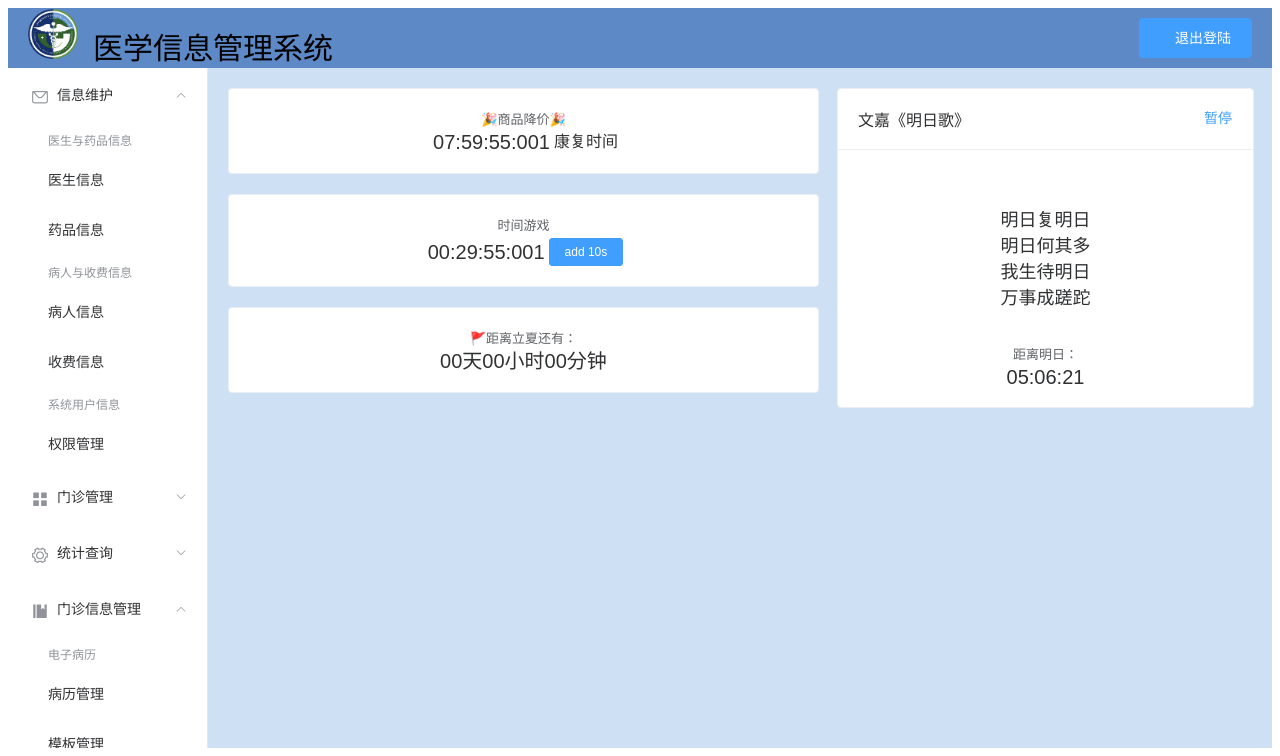
Repository: Cupies/Hospital-information-management-system
Page: /#/home (app in vue/)
These files come from the project's save history. The page is drawn as it stood at one moment and after the next save; the edit follows.
The browser window is 1280 px wide. The pictures show the whole page.
The project was rebuilt for these pictures with package versions that can differ from the ones it lists, and the page was loaded fresh each time. Also part of the build but not shown: vue/vue.config.js, vue/src/views/loginView.vue, vue/src/views/registerView.vue, vue/src/views/list/doctorlist.vue, vue/src/views/list/druglist.vue, vue/src/views/list/emrlist.vue, vue/src/views/list/modellist.vue, vue/src/views/list/myselflist.vue and 16 more.

Above is the page before, as saved 2024-05-08 19:39:25.

### vue/src/main.js
import Vue from 'vue'
import App from './App.vue'
import router from './router'
import ElementUI from 'element-ui';
import'element-ui/lib/theme-chalk/index.css';
import axios from 'axios'



Vue.prototype.$axios = axios

Vue.use(router)
Vue.use(ElementUI)

Vue.config.productionTip = false

new Vue({
  router,
  render: h => h(App)
}).$mount('#app')

### vue/src/App.vue
<template>
  <div id="app">
    <router-view></router-view>
  </div>
</template>

<script>

export default {
   name :'app'
}
</script>

<style>

</style>

### vue/src/router/index.js
import Vue from 'vue'
import VueRouter from 'vue-router'
import homeView from '../views/homeView.vue'
import loginView from '../views/loginView.vue'
import registerView from '@/views/registerView.vue'
import userView from '../views/userView.vue'

import doctorlist from '../views/list/doctorlist.vue'
import druglist from'../views/list/druglist.vue'
import emrlist from '../views/list/emrlist'
import modellist from '../views/list/modellist'
import myselflist from '../views/list/myselflist'
import patientlist from '../views/list/patientlist'
import paylist from '../views/list/paylist'
import userlist from '../views/list/userlist'
import registrationlist from '../views/list/registrationlist.vue'
import maincount from '../views/count/maincount'
import doctor_userView from '@/views/doctor_userView.vue'
import EditEmr from '@/views/count/EditEmr.vue'
import AddEmr from '@/views/count/AddEmr.vue'
import DrugInventoryManagement from '../views/list/drug_inventory.vue'
import user_myself from '../components/user_myself.vue'
import user_registrations from '../components/user_registration.vue'
import user_emr from '../components/user_emr.vue'
import RegistrationCharts from '@/views/count/RegistrationCharts.vue'
import drugCharts from '@/views/count/drugCharts.vue'
import user_guahao from '../components/uer_guahao.vue'
import emr from '@/views/count/emr.vue'
import huajialist from '../views/list/huajialist.vue'
import user_huajia from '../components/user_huajia.vue'
Vue.use(VueRouter)

const routes = [
  {
    path: '',
    redirect: "/login",
  },
  {
    path:'/home',
    name:'home',
    component:homeView,
    children:[

      {path:'/list/doctorlist',component:doctorlist},
      {path:'/list/druglist',component:druglist},
      {path:'/list/emrlist',component:emrlist},
      {path:'/list/modellist',component:modellist},
      {path:'/list/patientlist',component:patientlist},
      {path:'/list/paylist',component:paylist},
      {path:'/list/userlist',component:userlist},
      {path:'/list/huajialist',component:huajialist},
      {path:'/list/registrationlist',component:registrationlist},
      {path:'/home',component:maincount},
      {path: '/edit-emr/:id', name: 'EditEmr',component: EditEmr },  // Add route for editing EMR
      {path: '/add-emr',name: 'AddEmr',component: AddEmr },  // Add route for adding EMR
      {path: '/drug-inventory', name: 'DrugInventoryManagement',component: DrugInventoryManagement},
      {path: '/RegistrationCharts',name: 'RegistrationCharts',component: RegistrationCharts },
      {path: '/drugCharts',name: 'drugCharts',component:drugCharts },
    ]

  },
  {
    path:'/login',
    name:'login',
    component:loginView
  },
  {
    path:'/register',
    name:'register',
    component:registerView
  },
  {
    path:'/patient',
    name:'patient',
    component:userView,
    children:[
      {path:'/components/user_emr',component:user_emr},
      {path:'/components/user_myself',component:user_myself},
      {path:'/components/user_registrations',component:user_registrations},
      {path:'/components/user_guahao',component:user_guahao},
      {path:'/components/user_huajia',component:user_huajia},
      {path:'/patient',component:maincount},
    ]
  },
  {
    path:'/doctor',
    name:'doctor',
    component:doctor_userView,
    children:[
      {path:'/list/myselflist',component:myselflist},
      {path:'/list/doctor_emrlist',component:emrlist},
      {path:'/list/doctor_modellist',component:modellist},
      {path:'/list/doctor_patientlist',component:patientlist},
      {path: '/emr',name: 'emr',component: emr },  //  route for adding EMR
      {path:'/doctor',component:maincount},
    ]
  },

]
const router = new VueRouter({
  routes
})
export default router

### vue/src/views/homeView.vue
<template>
<div>
  <el-container>
  <el-header>
    <div>
      <router-link to="/home">
      <img alt="logo" src="../assets/p3.png" style='height: 50px;width: 50px;'>
      <span>医学信息管理系统</span>
      </router-link>
    </div>
    <el-button type="primary" @click="logout">退出登陆</el-button>
  </el-header>
  <el-container>
    <el-aside width="200px" style='height: 680px;'>
      <el-menu :default-openeds="['1', '4']">
      <el-submenu index="1">
        <template slot="title"><i class="el-icon-message"></i>信息维护</template>
        <el-menu-item-group>
          <template slot="title">医生与药品信息</template>
          <router-link to="/list/doctorlist"><el-menu-item index="1-1">医生信息</el-menu-item></router-link>
          <router-link to="/list/druglist"><el-menu-item index="1-2">药品信息</el-menu-item></router-link>
        </el-menu-item-group>
        <el-menu-item-group title="病人与收费信息">
          <router-link to="/list/patientlist"><el-menu-item index="1-3">病人信息</el-menu-item></router-link>
          <router-link to="/list/paylist"><el-menu-item index="1-4">收费信息</el-menu-item></router-link>
        </el-menu-item-group>
        <el-menu-item-group title="系统用户信息">
          <router-link to="/list/userlist"><el-menu-item index="1-5">权限管理</el-menu-item></router-link>
        </el-menu-item-group>
      </el-submenu>
      <el-submenu index="2">
        <template slot="title"><i class="el-icon-menu"></i>门诊管理</template>
        <el-menu-item-group>
          <template slot="title">门诊</template>
          <router-link to="/list/registrationlist"><el-menu-item index="2-1">门诊挂号</el-menu-item></router-link>
          <router-link to="/list/huajialist"><el-menu-item index="2-2">门诊划价</el-menu-item></router-link>
        </el-menu-item-group>
        <el-menu-item-group title="药房">
          <router-link to="/drug-inventory"><el-menu-item index="2-5">库房管理</el-menu-item></router-link>
        </el-menu-item-group>
      </el-submenu>
      <el-submenu index="3">
        <template slot="title"><i class="el-icon-setting"></i>统计查询</template>
        <el-menu-item-group>
          <router-link to="/RegistrationCharts"><el-menu-item index="3-1">科室挂号量</el-menu-item></router-link>
          <router-link to="/drugCharts"><el-menu-item index="3-2">药房库存量</el-menu-item></router-link>
        </el-menu-item-group>
      </el-submenu>
      <el-submenu index="4">
            <template slot="title"><i class="el-icon-s-management"></i>门诊信息管理</template>
            <el-menu-item-group title="电子病历">
              <router-link to="/list/emrlist"><el-menu-item index="4-2">病历管理</el-menu-item></router-link>
              <router-link to="/list/modellist"><el-menu-item index="4-3">模板管理</el-menu-item></router-link>
            </el-menu-item-group>
          </el-submenu>
    </el-menu>
    </el-aside>
    <el-main>
      <router-view />
    </el-main>
  </el-container>
</el-container>

</div>
</template>

<script>
  export default {
    methods: {
      handleOpen(key, keyPath) {
        console.log(key, keyPath);
      },
      handleClose(key, keyPath) {
        console.log(key, keyPath);
      },
      logout(){
        this.$router.replace('/login');
      },
    }
  }
</script>

<style>
  .el-header{
    background-color: #5d89c7;
    display: flex;
    justify-content: space-between;
    padding-left: 0;
    color:aliceblue;
    align-items: center;
    font-size: 30px;
    }
  .el-header span {
  margin-left: 15px;
}
  .el-header.logo{
    display: inline-block;
  }
  .el-aside {
    background-color: #a2c1e6;
    overflow: auto;
  }
  .el-main {
    background-color: #cee1f4;
  }
  a{
  text-decoration: none;
  color: #000;
	}
  .router-link-active {
    text-decoration: none;
  }
</style>

### vue/src/views/userView.vue
<template>
    <div>
      <el-container>
      <el-header>
        <div>
         <router-link to="/home">
         <img alt="logo" src="../assets/p3.png" style='height: 50px;width: 50px;'>
         <span>医学信息管理系统</span>
         </router-link>
        </div>
        <el-button type="primary" @click="logout">退出登陆</el-button>
      </el-header>
      <el-container>
        <el-aside width="200px" style='height: 680px;'>
          <el-menu :default-openeds="['1', '4']">
          <el-submenu index="1">
            <template slot="title"><i class="el-icon-message"></i>个人信息</template>
            <el-menu-item-group title="基本信息">
              <router-link :to="{path:'/components/user_myself',query: { username: username, needBinding: needBinding }}"><el-menu-item index="1-1">个人信息</el-menu-item></router-link>
              <router-link :to="{path:'/components/user_emr',query: { username: username, needBinding: needBinding }}"><el-menu-item index="1-2">就诊信息</el-menu-item></router-link>
            </el-menu-item-group>
            <el-menu-item-group title="预约挂号">
              <router-link :to="{path:'/components/user_guahao',query: { username: username, needBinding: needBinding }}"><el-menu-item index="1-3">在线预约</el-menu-item></router-link>
              <router-link :to="{path:'/components/user_registrations',query: { username: username, needBinding: needBinding }}"><el-menu-item index="1-4">预约记录</el-menu-item></router-link>
            </el-menu-item-group>
          </el-submenu>
          <el-submenu index="2">
            <template slot="title"><i class="el-icon-s-management"></i>就医记录</template>
            <el-menu-item-group title="缴费信息">
              <router-link :to="{path:'/components/user_huajia',query: { username: username, needBinding: needBinding }}"><el-menu-item index="4-1">账单信息</el-menu-item></router-link>
            </el-menu-item-group>
          </el-submenu>
        </el-menu>
        </el-aside>
        <el-main>
          <router-view />
        </el-main>
      </el-container>
    </el-container>
    <el-dialog
      title="绑定编号"
      :visible.sync="showBindDialog"
      width="30%">
      <p>您需要绑定您的编号。</p>
      <el-input v-model="bindInfo.编号" placeholder="请输入编号"></el-input>
      <span slot="footer">
        <el-button @click="showBindDialog = false">取消</el-button>
        <el-button type="primary" @click="bindNumber">绑定</el-button>
      </span>
    </el-dialog>
    </div>
    </template>


    <script>
export default {
  data() {
    return {
      showBindDialog:false,
      username: '',
      bindInfo: { 编号: '' },
      userType: 'patient',
    };
  },
  mounted() {
    this.username = this.$route.query.username || '默认用户名';
    this.showBindDialog = this.$route.query.needBinding ==='true';
    console.log('用户名值:', this.$route.query.username);
  },
  methods: {
    logout() {
      this.$router.replace('/login');
    },
    bindNumber() {
  const requestData = {
    username: this.username,
    number: this.bindInfo.编号,
    type: this.userType,
  };

  this.$axios.post('/bind_number/', requestData)
    .then(response => {
      if (response.data.status === '绑定成功') {
        alert('编号绑定成功');
        this.showBindDialog = false;
      } else {
        alert('绑定失败: ' + response.data.status);
      }
    })
    .catch(error => {
      console.error('绑定编号过程中发生错误:', error);
      alert('绑定过程中发生错误，请稍后再试');
    });
},
  }
}
</script>

    <style>
      .el-header{
        background-color: #5d89c7;
        display: flex;
        justify-content: space-between;
        padding-left: 0;
        color:aliceblue;
        align-items: center;
        font-size: 30px;
        }
      .el-header span {
      margin-left: 15px;
    }
      .el-header.logo{
        display: inline-block;
      }
      .el-aside {
        background-color: #a2c1e6;
      }
      .el-main {
        background-color: #cee1f4;
      }
      a{
      text-decoration: none;
      color: #000;
        }
      .router-link-active {
        text-decoration: none;
      }
    </style>

### vue/src/views/count/maincount.vue
<template>
    <div>
      <el-row :gutter="20">
        <el-col :span="14">
          <el-card shadow="hover" style="width: 100%;">
            <div style="width: 100%; display: inline-block; ">
              <el-statistic :value="deadline2" time-indices title="🎉商品降价🎉">
                <template slot="suffix">
                  康复时间
                </template>
              </el-statistic>
            </div>
          </el-card>
          <el-card shadow="hover" style="width: 100%;margin-top: 20px; ">
            <div style="width: 100%; display: inline-block; ">
              <el-statistic
                @finish="hilarity"
                :value="deadline3"
                time-indices
                title="时间游戏"
              >
                <template slot="suffix">
                  <el-button type="primary " size="mini" @click="add"
                    >add 10s</el-button
                  >
                </template>
              </el-statistic>
            </div>
          </el-card>
          <el-card shadow="hover" style="width: 100%;margin-top: 20px; ">
            <div style="width: 100%; display: inline-block;">
              <el-statistic
                format="DD天HH小时mm分钟"
                :value="deadline5"
                time-indices
                title="🚩距离立夏还有："
              >
              </el-statistic>
            </div>
          </el-card>
        </el-col>
        <el-col :span="10">
          <el-card shadow="hover" style="width: 100%;">
            <div slot="header" class="clearfix">
              <span>文嘉《明日歌》</span>
              <el-button
                style="float: right; padding: 3px 0"
                type="text"
                @click="clickFn"
                >暂停</el-button
              >
            </div>
            <div style="font-size: 18px;text-align: center; margin-top: 35px;">
              明日复明日
            </div>
            <div style="font-size: 18px;text-align: center;">明日何其多</div>
            <div style="font-size: 18px;text-align: center;">我生待明日</div>
            <div style="font-size: 18px;text-align: center;">万事成蹉跎</div>
            <div style="margin-top: 35px;"></div>
            <el-statistic
              ref="statistic"
              @finish="hilarity"
              format="HH:mm:ss"
              :value="deadline4"
              title="距离明日："
              time-indices
            >
            </el-statistic>
          </el-card>
        </el-col>
      </el-row>
    </div>
  </template>

  <script>
    export default {
      data() {
        return {
          deadline2: Date.now() + 1000 * 60 * 60 * 8,
          deadline3: Date.now() + 1000 * 60 * 30,
          deadline4: Date.now() + (new Date().setHours(23, 59, 59) - Date.now()),
          deadline5: new Date("2023-05-06"),
          stop: true,
        };
      },
      methods: {
        hilarity() {
          this.$notify({
            title: "提示",
            message: "时间已到",
            duration: 0,
          });
        },
        clickFn() {
          this.$refs.statistic.suspend(this.stop);
          this.stop = !this.stop;
        },
        add() {
          this.deadline3 = this.deadline3 + 1000 * 10;
        },
      },
    };
  </script>

### vue/src/views/doctor_userView.vue
<template>
    <div>
      <el-container>
      <el-header>
        <div>
          <router-link to="/home">
          <img alt="logo" src="../assets/p3.png" style='height: 50px;width: 50px;'>
          <span>医学信息管理系统</span>
          </router-link>
        </div>
        <el-button type="primary" @click="logout">退出登陆</el-button>
      </el-header>
      <el-container>
        <el-aside width="200px" style='height: 680px;'>
          <el-menu>
          <el-submenu index="1">
            <template slot="title"><i class="el-icon-s-management"></i>医生工作站</template>
            <el-menu-item-group title="门诊工作">
              <router-link to="/list/doctor_patientlist"><el-menu-item index="4-1">病人管理</el-menu-item></router-link>
              <router-link :to="{path:'/list/myselflist' ,query: { username: username, needBinding: needBinding}}"><el-menu-item index="4-1">接诊记录</el-menu-item></router-link>
            </el-menu-item-group>
            <el-menu-item-group title="电子病历">
              <router-link to="/list/doctor_emrlist"><el-menu-item index="4-2">病历管理</el-menu-item></router-link>
              <router-link to="/list/doctor_modellist"><el-menu-item index="4-3">模板管理</el-menu-item></router-link>
            </el-menu-item-group>
          </el-submenu>
        </el-menu>
        </el-aside>
        <el-main>
          <router-view />
        </el-main>
      </el-container>
    </el-container>
    <el-dialog
      title="绑定编号"
      :visible.sync="showBindDialog"
      width="30%">
      <p>您需要绑定您的医生编号。</p>
      <el-input v-model="bindInfo.编号" placeholder="请输入编号"></el-input>
      <span slot="footer">
        <el-button @click="showBindDialog = false">取消</el-button>
        <el-button type="primary" @click="bindNumber">绑定</el-button>
      </span>
    </el-dialog>
    </div>
    </template>

    <script>
export default {
  data() {
    return {
      showBindDialog: false,
      username: '', // 可能从登录信息中获取
      bindInfo: { 编号: '' }, // 绑定信息，具体实现可能需要表单输入等
      userType: 'doctor', // 用户类型
    };
  },
  mounted() {
    this.username = this.$route.query.username || '默认用户名';
    this.showBindDialog = this.$route.query.needBinding === 'true';
    console.log('用户名值:', this.$route.query.username);
  },
  methods: {
    logout() {
      this.$router.replace('/login');
    },
    bindNumber() {
  const requestData = {
    username: this.username,
    number: this.bindInfo.编号,
    type: this.userType,
  };

  this.$axios.post('/bind_number/', requestData)
    .then(response => {
      if (response.data.status === '绑定成功') {
        alert('编号绑定成功');
        this.showBindDialog = false;
      } else {
        alert('绑定失败: ' + response.data.status);
      }
    })
    .catch(error => {
      console.error('绑定编号过程中发生错误:', error);
      alert('绑定过程中发生错误，请稍后再试');
    });
}
  }
}
</script>

    <style>
      .el-header{
        background-color: #5d89c7;
        display: flex;
        justify-content: space-between;
        padding-left: 0;
        color:aliceblue;
        align-items: center;
        font-size: 30px;
        }
      .el-header span {
      margin-left: 15px;
    }
      .el-header.logo{
        display: inline-block;
      }
      .el-aside {
        background-color: #a2c1e6;
      }
      .el-main {
        background-color: #cee1f4;
      }
      a{
      text-decoration: none;
      color: #000;
        }
      .router-link-active {
        text-decoration: none;
      }
    </style>

Loaded but not shown: vue/public/index.html (common file)

After the next save:
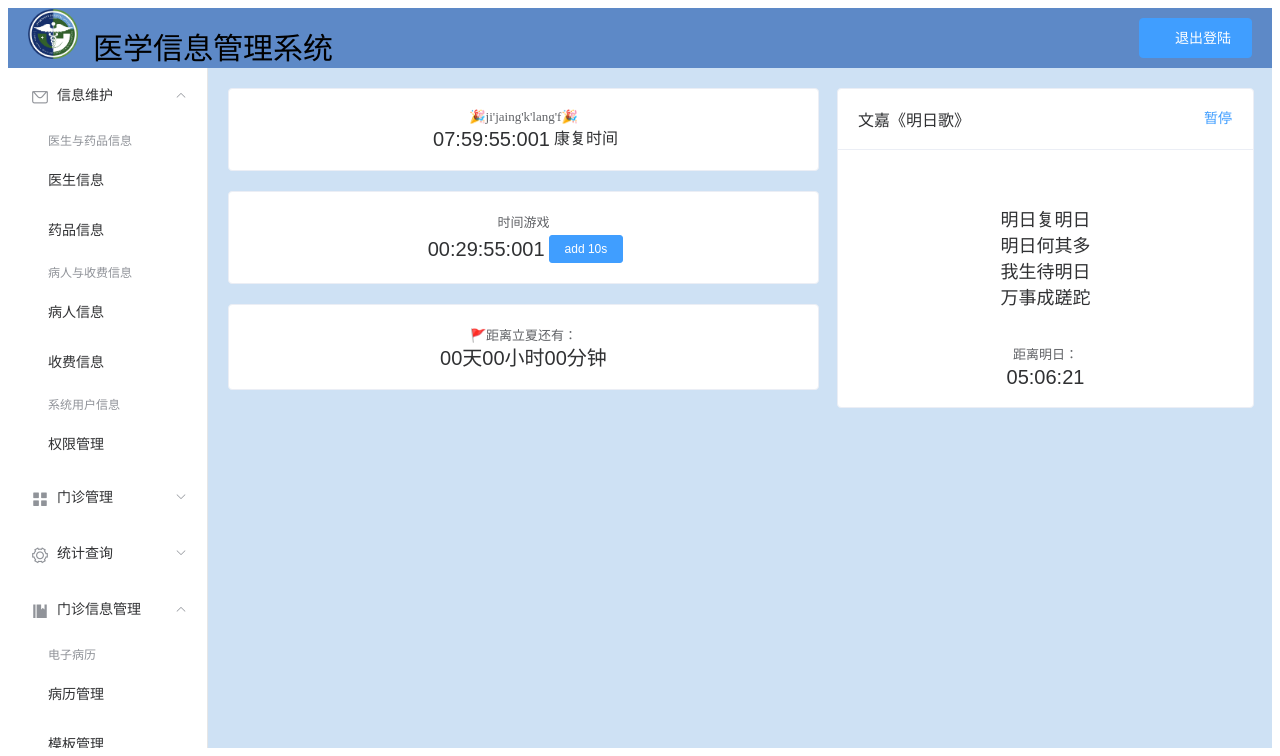
Saved 35 s later.
--- a/vue/src/views/count/maincount.vue
+++ b/vue/src/views/count/maincount.vue
@@ -4,7 +4,7 @@
         <el-col :span="14">
           <el-card shadow="hover" style="width: 100%;">
             <div style="width: 100%; display: inline-block; ">
-              <el-statistic :value="deadline2" time-indices title="🎉商品降价🎉">
+              <el-statistic :value="deadline2" time-indices title="🎉ji'jaing'k'lang'f🎉">
                 <template slot="suffix">
                   康复时间
                 </template>

After the save that followed:
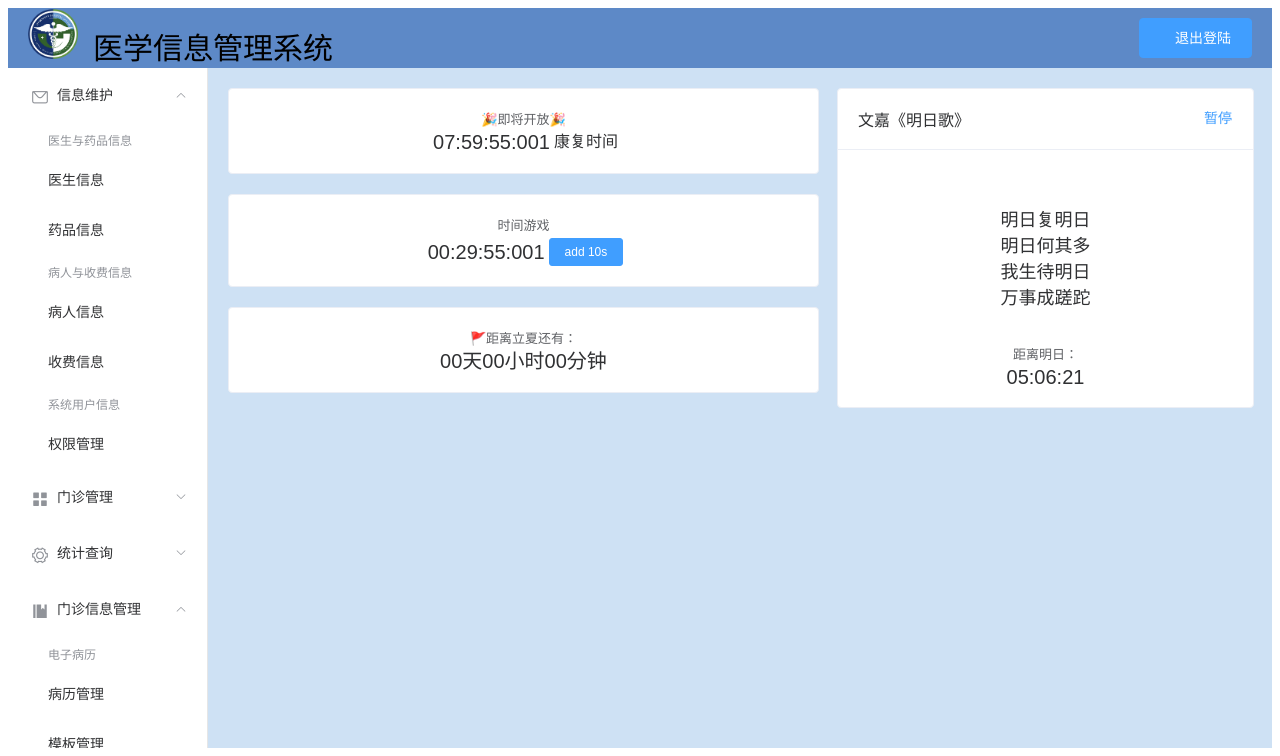
Saved 10 s later.
--- a/vue/src/views/count/maincount.vue
+++ b/vue/src/views/count/maincount.vue
@@ -4,7 +4,7 @@
         <el-col :span="14">
           <el-card shadow="hover" style="width: 100%;">
             <div style="width: 100%; display: inline-block; ">
-              <el-statistic :value="deadline2" time-indices title="🎉ji'jaing'k'lang'f🎉">
+              <el-statistic :value="deadline2" time-indices title="🎉即将开放🎉">
                 <template slot="suffix">
                   康复时间
                 </template>
